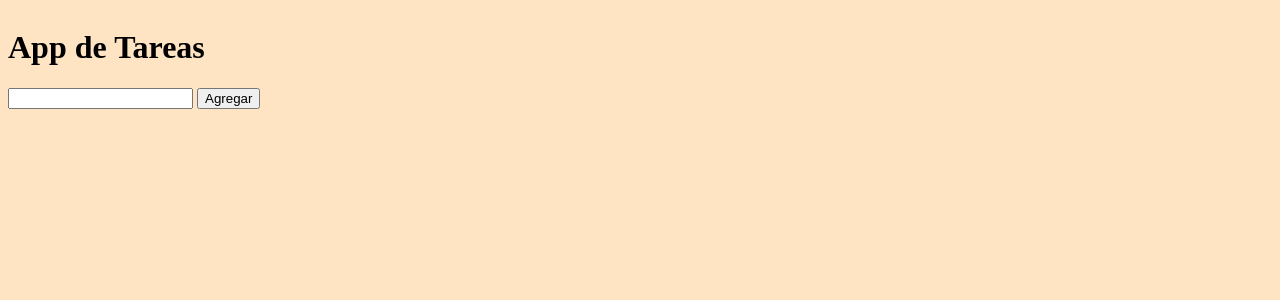
Repository: Kevin8548/Ejercicios-DOM
Page: todoapp/index.html
These files come from the project's save history. The page is drawn as it stood at one moment and after the next save; the edit follows.
The browser window is 1280 px wide. The pictures show the whole page.

Above is the page before, as saved 2024-10-09 13:55:11.

After the next save:
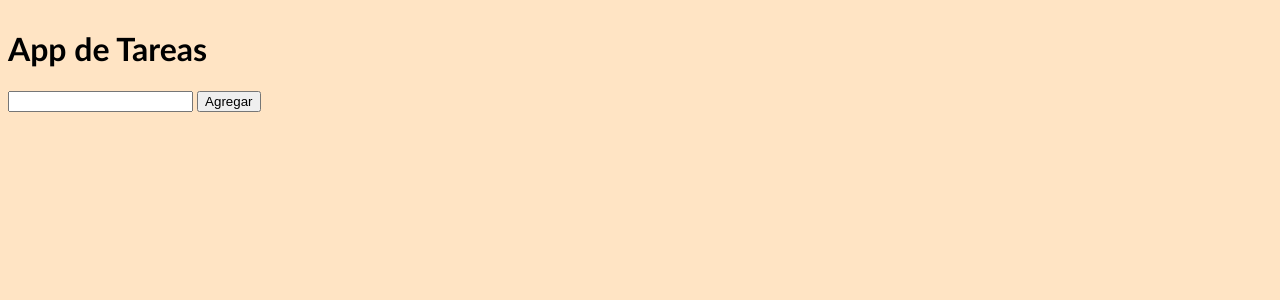
Saved 37 s later.
--- a/todoapp/style.css
+++ b/todoapp/style.css
@@ -29,4 +29,5 @@
 
 body{
     background-color: bisque;
+    font-family: 'Gill Sans', 'Gill Sans MT', Calibri, 'Trebuchet MS', sans-serif;
 }
